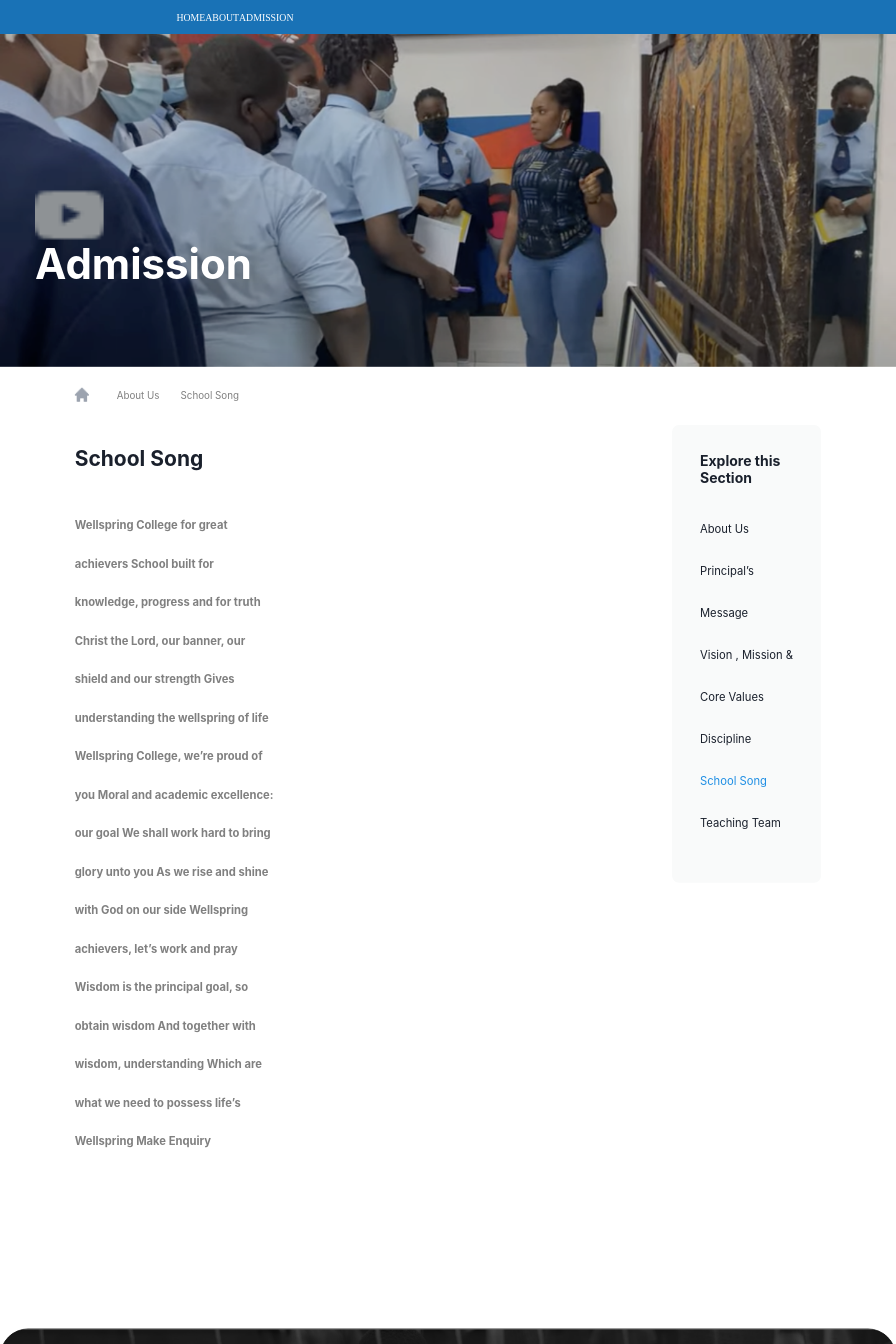
Repository: gr8skills/wellspring-school-forked
Page: /admission
An editor plug-in stored every save of this project. The page is shown before and after the next save, followed by the edit.
The browser window is 1280 px wide. The pictures show the part of the page from y = 0 to 1920 px (the page is 2784 px tall), at 70% of full size.
The project was rebuilt for these pictures with package versions that can differ from the ones it lists, and the page was loaded fresh each time. Also part of the build but not shown: src/components/Navbar/Dropdown.scss, src/components/Navbar/Dropdown.js, src/components/Testimonials/Testimonials.js, src/components/Calendar/Calendar.js, src/components/News/News.js, src/components/WhyWellspring/_why-wellspring.scss, src/components/WhyWellspring/WhyWellspring.js, src/components/AppTab/AppTab.js and 9 more.

Above is the page before, as saved 2022-12-06 17:30:44.

### src/index.css
body {
  /* margin: 0;
  font-family: -apple-system, BlinkMacSystemFont, 'Segoe UI', 'Roboto', 'Oxygen',
    'Ubuntu', 'Cantarell', 'Fira Sans', 'Droid Sans', 'Helvetica Neue',
    sans-serif;
  -webkit-font-smoothing: antialiased;
  -moz-osx-font-smoothing: grayscale; */
}

/* code {
  font-family: source-code-pro, Menlo, Monaco, Consolas, 'Courier New',
    monospace;
} */

### src/App.css
body{
}

.App {
  text-align: center;
    background-color:black;

}

.App-logo {
  height: 40vmin;
  pointer-events: none;
}

@media (prefers-reduced-motion: no-preference) {
  .App-logo {
    animation: App-logo-spin infinite 20s linear;
  }
}


@keyframes App-logo-spin {
  from {
    transform: rotate(0deg);
  }
  to {
    transform: rotate(360deg);
  }
}

### src/pages/Admission/Admission.js
import Banner from "../../assets/admission.png";
import Home from "../../assets/home.png";
import VideoIcon from "../../assets/vid.png";

import Dot from "../../assets/yellow.png";
import { Heading } from "@chakra-ui/react";
import { Link } from "react-router-dom";

import "./_admission.scss";
import { StayConnected } from "../../components/StayConnected/StayConnected";
export const Admission = () => {
  return (
    <>
      <div className="col-md-12 holder">
        <img className="col-md-12 imgCaro" src={Banner} alt="Scholar" />
        <div className="overlay">
          <img className="col-md-1" src={VideoIcon} alt="Scholar" />

          <Heading size="3xl">Admission</Heading>
        </div>
      </div>
      <div className="flexy breadcrumb">
        <div className="col-md-1">&nbsp;</div>
        <a href="#">
          <img className="col-md-12 home-icon" src={Home} alt="Scholar" />
        </a>
        <p>About Us</p>
        <p>School Song</p>
      </div>
      <div className="col-md-12 flexy school-song">
        <div className="col-md-1">&nbsp;</div>
        <div className="page-body col-md-8 ">
          <div className="col-md-4">
            <Heading size="lg" mb="50px" mt="30px">
              School Song
            </Heading>
            <p style={{ lineHeight: "55px" }}>
              Wellspring College for great achievers School built for knowledge,
              progress and for truth Christ the Lord, our banner, our shield and
              our strength Gives understanding the wellspring of life Wellspring
              College, we’re proud of you Moral and academic excellence: our
              goal We shall work hard to bring glory unto you As we rise and
              shine with God on our side Wellspring achievers, let’s work and
              pray Wisdom is the principal goal, so obtain wisdom And together
              with wisdom, understanding Which are what we need to possess
              life’s Wellspring Make Enquiry
            </p>
          </div>
        </div>
        <div className="col-md-2 side-menu">
          <Heading size="md" mb="30px">
            Explore this Section
          </Heading>

          <ul className="list-unstyled">
            <li>
              <Link to={"/about-us"}>About Us</Link>
            </li>
            <li>
              <Link to={"/proprietor-message"}> Principal’s Message</Link>
            </li>
            <li>
              <Link to={"/vision"}>Vision , Mission & Core Values</Link>
            </li>
            <li>
              <Link to={"/discipline"}>Discipline</Link>
            </li>{" "}
            <li className="active">
              <Link to={"/school-song"}>School Song</Link>
            </li>{" "}
            <li>
              <Link to={"/teaching-team"}>Teaching Team</Link>
            </li>
          </ul>
        </div>
      </div>

      <StayConnected />
    </>
  );
};

### src/components/Navbar/NavBar.module.css


.navCont{
    position: relative;
    /* display: flex; */
    width:25%;
    /* justify-content: space-between; */
    /* margin: 0 auto; */
    /* max-height: 5rem; */
    padding-left:220px;

}

.nav-links{
    font-size:10px !important;
}


.imgCont{
    position: relative;
}

/* .imgContent{
    position: absolute;
    z-index: 1;
    height: 6vw;

} */

/* .btnPortal{
    background-color: #4CA14900;
    color: #fff;
    height: 2.5rem;
    width: 7rem;
    font-size: 18px;
    border-radius: 5px;
    position: relative;
    outline: 0;
    border: 0;
    transition: 1.5s scale linear;
} */

/* .btnPortal:focus{
    outline: 0;
    border: 0;
} */

/* .btnPortal:hover{
    transform: scale(1.02);
    background-color: #4CA149CF;
} */

/* .fIcon{
    width: 30px;
    height: 30px;
    padding: 5px 5px;
    transform: translate(-6px, -1px);
} */

/* @media screen and (max-width: 960px) {
    .navCont{
        position: relative;
        display: flex;
        width: 100%;
        justify-content: space-between;
        margin: 0 auto;
        max-height: 5rem;

    }

    .imgContent{
        position: absolute;
        z-index: 1;
        height: 16vw;

    }

}


 */

### src/components/Footer/_footer.scss
@import "../../shared-styles";
@import "../../variables";



.footer-container{
    padding:50px;
    height:fit-content;
    background-color:#F5F5F6;
    ul li{
        margin:20px;
    }
    .footer-contacts{
        img{width:30px; margin-right:20px}
        h1{margin-top:20px;
        font-size:15px;}
    }
    .footer-links{
        p{margin-top:30px;
        font-size:14px;
    color:grey;
font-weight:bold;
margin-bottom:20px;}
    }
    ol li{
       width:33px;
       img{
        width:25px !important;
        margin-top:20px;
       }
    }
    .educare{
        margin-top:20px;
        p{font-size:12px;
        color:grey;
    margin-top:10px;
margin-right:5px;}
            img{width:100px;}

    }
}

### src/pages/AboutUs/_about-us.scss
@import "../../shared-styles";
@import "../../variables";


.holder2 {
  position: relative;
  img{border-radius: 10px;}
    // background-image: url("../../assets/orange-arrow2.png");
  // background-repeat: no-repeat;
  // background-size: 60px;
  // background-position: 50% 50%;
  // position: relative;
  // z-index:10000000;
  // display:none;

}

/* Make the image to responsive */
.image {
  display: block;
  width: 100%;
  height: auto;
}

/* The overlay effect - lays on top of the container and over the image */
.overlay2 {
  position: absolute;
 bottom:134px;
  color: #f1f1f1;
  width: 60%;
  opacity:1;
  color: white;
  font-size: 27px !important;
  // padding: 40px ;
  text-align:center !important;left:10%;
  @media screen and (max-width:620px){
    left:16%;
     font-size: 30px !important;
  }



}
@media screen and (max-width:620px){
  .link-imgs{
    padding:20px;
  }
  .holder2{
        margin-top:20px;

  }.holder-up{
        margin-top:-70px;

  }
}

### src/pages/ProprietorMessage/_message.scss
@import "../../shared-styles";
@import "../../variables";


.message{
  span{color:$themecolor2;}
  strong{font-size:20px;
  color:rgb(98, 97, 97);}
  .message-paragraph{margin-left: 30px; margin-top: 98px;
  @media screen and (max-width:620px){
    margin-left: 0px;
  }
  }
  img{border-radius:10px;}
}

### src/pages/Vision/_vision.scss
@import "../../shared-styles";
@import "../../variables";


.vision{
  img{
    height:10px;
    width:10px;
    margin:17px 10px;
  }
  ul li{
   line-height:45px;
  }
  ul{
    margin-right:50px;
       margin-bottom:40px;

  }
}

### src/pages/Discipline/_discipline.scss
@import "../../shared-styles";
@import "../../variables";


.discipline{
 p{margin-bottom:140px;}
}

### src/pages/SchoolSong/_school-song.scss
@import "../../shared-styles";
@import "../../variables";


.school-song{
 p{margin-bottom:140px;
line-height: 55px;}
}

### src/pages/TeachingTeam/_teaching-team.scss
@import "../../shared-styles";
@import "../../variables";


.school-song{
 p{margin-bottom:140px;
line-height: 55px;}
}

### src/pages/Admission/_admission.scss
@import "../../shared-styles";
@import "../../variables";


.school-song{
 p{margin-bottom:140px;
line-height: 55px;}
}

### src/_variables.scss
$themecolor:#1972B6;
$themecolor2:rgb(32,143,228);

### src/components/Testimonials/_testimonials.scss
@import "../../variables";
@import "../../shared-styles";




.testimonial{
    margin-top:100px;
    small{
font-weight:bold;}
.testimonial-massage{
 margin-top:80px;

    margin-left:60px;
    p{line-height:35px;
    margin-top:40px;
    }

}
strong{font-size:20px;
background-color:$themecolor2;
color:white;
padding:2px 7px;
margin-left: 10px;
border-radius:3px}
}
 .carousel {
    position: relative;
    z-index: 0;

}
.carousel-inner {
    position: relative;
    width: 100%;
    overflow: hidden;
          border-radius:20px !important;;

}

.carousel-indicators > button.active {
    opacity: 1;
    max-width: 14px !important;
    max-height:14px  !important;
    min-width: 14px !important;
    min-height:14px  !important;
    background-color: green !important;
    border-color: #fff !important;
    outline: none;
    border: none;
    border-radius: 7px !important;

}

.carousel-indicators button{
    max-width: 14px !important;
    max-height: 14px !important;
    min-width: 14px !important;
    min-height: 14px !important;
    margin: 3px 5px !important;
    border-radius: 7px !important;
    background-color: red!important;
    border: 1px solid #fff !important;
    transition: all .5s linear ;

}

.carousel-indicators button:focus{
        outline:0;
        border-color: #4287BD;
}
.carousel-indicators  {
    position: absolute;
    right: 0;
    bottom: 10px;
    left: 0;
    z-index: 15;
    display: flex;
    flex-direction: row;
    height: 100%;
    justify-content: center;
    padding-left: 0;
    margin-right: 0;
    margin-left: 1vw;
    list-style: none;
    outline: none;
    border: none;
}

.carousel-control-next {
 left: 9vw;
     transform: rotate(180deg);
    position: absolute;
    margin-top: 35% !important;
    justify-content: right !important;
    height: 10px;
    width: 18px !important;
    font-size: 50px;

}
.carousel-control-prev {
    left: 1.5vw;
    transform: rotate(180deg) !important;
    position: absolute;
    margin-top: 35% !important;
    justify-content: right !important;
    height: 10px;
    font-size: 50px;
    width: 20px !important;

}
.carousel-control-prev::after{
    content: url('../../assets/arrow-right.png');

    z-index: 10000000000;
    margin-right: 70px;
    width: 20px;
    height: 80px;
}
.carousel-control-next::after{
    content: url('../../assets/arrow-left.png');
    font-size: 54px;
    z-index: 1000000000000000000000000000;
    position:relative;
    right: 0 !important;
    width: 20px;
    height: 80px;

}

### src/_shared-styles.scss
@import "./variables";


@media screen and (max-width:620px){
    .flexyM{
        display:flex;
    }
    .side-menu{
        display:none !important;
    }
    .page-body{padding:20px;}
}
@media screen and (min-width:620px){
    .flexy{
        display:flex;
    }
    .spread{
        display:flex;
    }
}

.side-menu{
    height:fit-content;
    padding:40px;
    background-color:#F9FAFA;
    border-radius: 10px;
    ul li{
        line-height:60px;
       &:hover{
        color:$themecolor2 !important;
       }
    }
   .active{color:$themecolor2 !important;}
}



* {box-sizing: border-box}

/* Container needed to position the overlay. Adjust the width as needed */
.holder {
  position: relative;
  width: 100%;
}

/* Make the image to responsive */
.image {
  display: block;
  width: 100%;
  height: auto;
}

/* The overlay effect - lays on top of the container and over the image */
.overlay {
  position: absolute;
  bottom: 60px;

  color: #f1f1f1;
  width: 100%;
  opacity:1;
  color: white;
  font-size: 20px;
  padding: 50px;
  text-align:left;
}

.home-icon{
    height:20px;
    width:20px;
    margin-right:40px;
}
.breadcrumb{
margin-top:30px;
p{color:grey; font-size:14px; margin-right:30px}
}
.page-body{
  p{font-weight:700;
  color:grey;
line-height:35px}
}

### src/components/AppButton/_app-button.scss
@import "../../shared-styles";
@import "./overides";
@import "../../variables";

.app-button{
    background-color:$themecolor2;
    color:white;
    padding:10px 45px;
    font-weight:bold;
    border-radius:10px;
}

### src/components/Calendar/_calendar.scss
@import "../../shared-styles";
@import "../../variables";



.calendar-container{
            text-align:center;
border-right:solid 1px rgb(202, 200, 200);
    .calendar-box{
background-color:$themecolor2;
height:100px;
width:110px;
border-radius: 10px;
color:#fff;
    text-align: center;
    padding:10px 0;
margin-left:40px;
margin-bottom:30px;

    }
    p{
        color:grey;
        margin-top:20px;
    }
    .calendar-day{
        font-size:35px;
    }
    .calendar-description{
        font-size:20px;
        text-align:center;
    }
}

### src/components/News/_news.scss
@import "../../shared-styles";
@import "../../variables";
.news-container{
    .news-img{
     margin-bottom:40px;
     margin-top:40px;

    }
    img{
        width:100%;
        border-radius: 10px;


    }
    .news-description{
        margin-left:30px;
        h6{
            color:grey;margin-top:40px;
        }
        p{line-height: 35px;
        font-size:20px;
    }
    }
    .read-more-link{
        color:$themecolor;
        margin-top:50px;
    }
}

### src/components/AppTab/_app-tab.scss
@import "../../shared-styles";
@import "./overides";
@import "../../variables";

### src/components/Form/_form.scss
@import "../../shared-styles";
@import "../../variables";
@import "./overides";

### src/components/SearchBar/_search-bar.scss
.visually-hidden {
    clip: rect(0 0 0 0);
    clip-path: inset(50%);
    height: 1px;
    overflow: hidden;
    position: absolute;
    white-space: nowrap;
    width: 1px;
}

input{
    background-color: rgb(239, 243, 248) !important;
    padding:7px !important;
    margin-top:20px !important;border-radius: 5px !important;
}

### src/components/StayConnected/_stay-connected.scss

.connected{
    margin-top:100px;
 border:solid 1px black;
  background-image: url("../../assets/connected-bg.png");
  background-repeat: no-repeat;
  background-size: cover;
  padding: 40px 10px;
  color:white;
  border-radius:40px;
  // margin-right:30px;
  // margin-left:60px;
  text-align:center;
      .channel{
        background-color:white;
        color:black;
        padding:10px 20px;
        height:fit-content;
        border-radius: 15px;
        margin-top:40px;
      }
      img{width:70%;
    height:100%;
  border-radius:10px;
}
}

.socials{
    margin-top: 40px;
    padding-left: 40px;
    text-align:center !important;
    img{
        width:70px !important;
    }
    .linked{
        background-color:grey;
         width:100px !important;
        border-radius: 50%;
        padding:20px;
    }
}

### src/components/AppButton/_overides.scss
@import "../../variables";



.css-jut409{
    background-color:$themecolor;
    padding:100px !important;
}

### src/components/AppTab/_overides.scss
@import "../../variables";


.css-1uw5bnh{
//    box-shadow:0 0 10px 10px rgb(30,130,205);
   border:solid 10px rgb(30,130,205);
   border-radius:10px
}
.css-qycpmy{
    color:rgb(30,130,205);
    background:#fff;
    width:100%;
    border-right:solid 1px $themecolor2;
}

### src/components/Form/_overides.scss
.css-1kp110w{
    background-color:#fff !important;
    padding:30px !important;
    color:grey;
    margin-top:40px;
    border:none !important;
        box-shadow: 0 0 1px 1px #fff !important;

}

.css-1om0uuh {
      background-color:#fff !important;
    margin-top:40px;
    margin-bottom:20px;
    height:300px !important;
        box-shadow: 0 0 1px 1px #fff !important;

}

Loaded but not shown: public/index.html (common file); src/index.js (common file); src/reportWebVitals.js (common file); src/components/Navbar/Navbar.js (299 lines, source omitted); src/components/Footer/Footer.js (113 lines, source omitted); src/components/StayConnected/StayConnected.js (75 lines, source omitted); src/App.js (38 lines, source omitted); src/components/Navbar/MenuItems.js (31 lines, source omitted); src/components/SearchBar/SearchBar.js (15 lines, source omitted); src/components/AppButton/AppButton.js (9 lines, source omitted); src/pages/Home/_home.scss (321 lines, source omitted); src/components/Navbar/_navbar.scss (322 lines, source omitted)

After the next save:
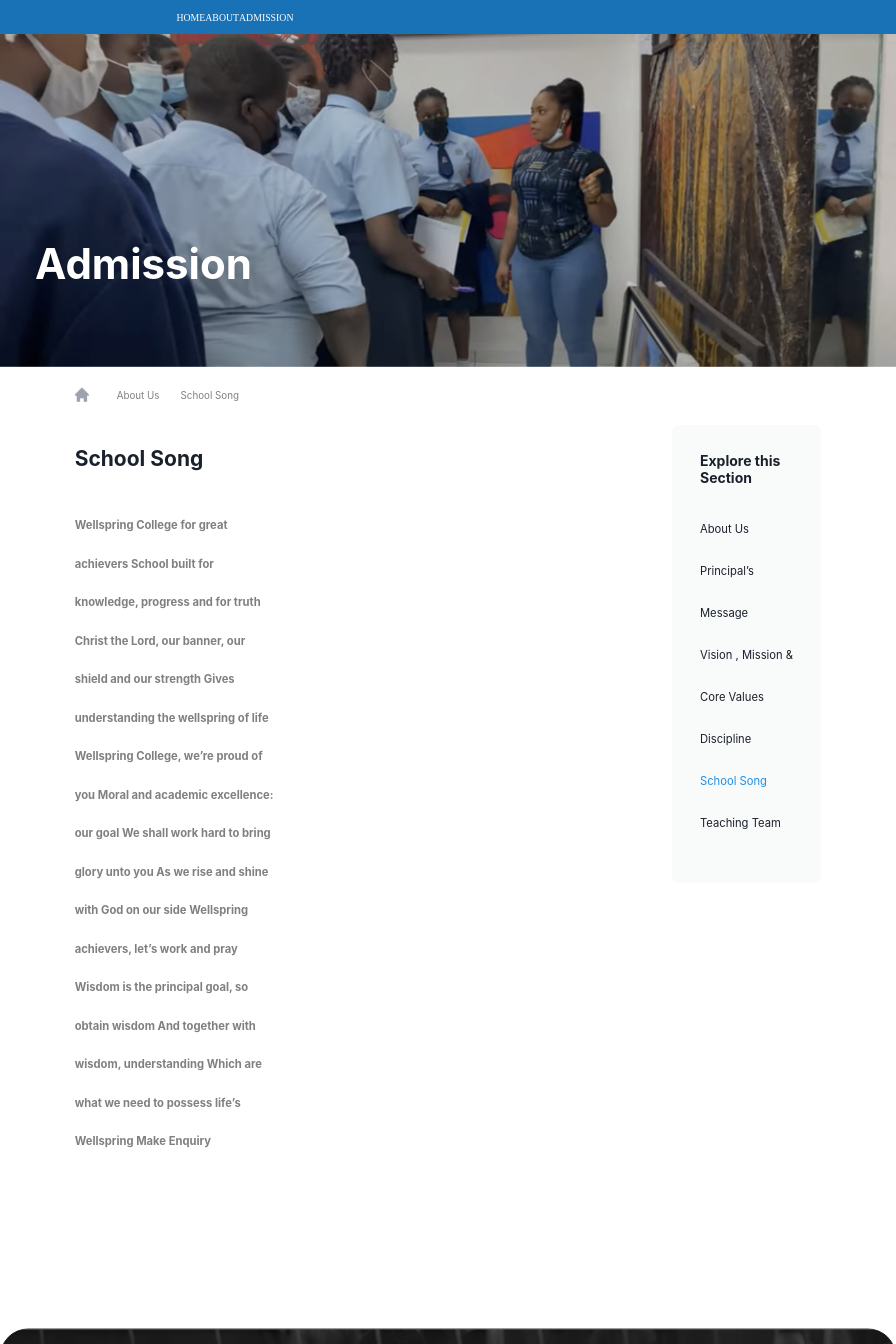
Saved 13 s later.
--- a/src/pages/Admission/Admission.js
+++ b/src/pages/Admission/Admission.js
@@ -14,7 +14,6 @@
       <div className="col-md-12 holder">
         <img className="col-md-12 imgCaro" src={Banner} alt="Scholar" />
         <div className="overlay">
-          <img className="col-md-1" src={VideoIcon} alt="Scholar" />
 
           <Heading size="3xl">Admission</Heading>
         </div>

After the 2 saves that followed:
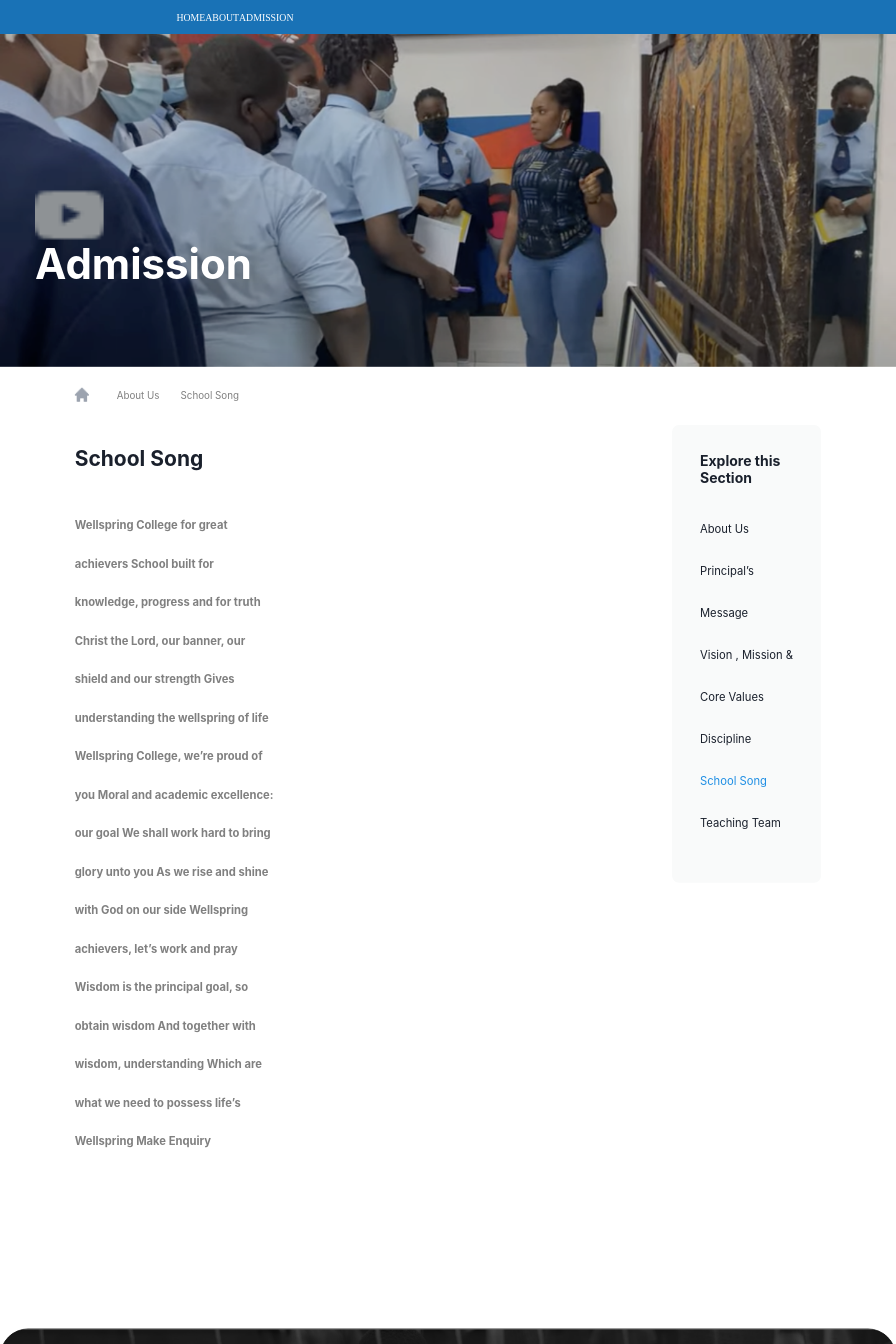
The 2 saves are shown as one change because they came seconds apart.
The last was saved 7 s later.
--- a/src/pages/Admission/Admission.js
+++ b/src/pages/Admission/Admission.js
@@ -14,7 +14,10 @@
       <div className="col-md-12 holder">
         <img className="col-md-12 imgCaro" src={Banner} alt="Scholar" />
         <div className="overlay">
-
+          <div>
+            {" "}
+            <img className="col-md-1" src={VideoIcon} alt="Scholar" />
+          </div>
           <Heading size="3xl">Admission</Heading>
         </div>
       </div>
